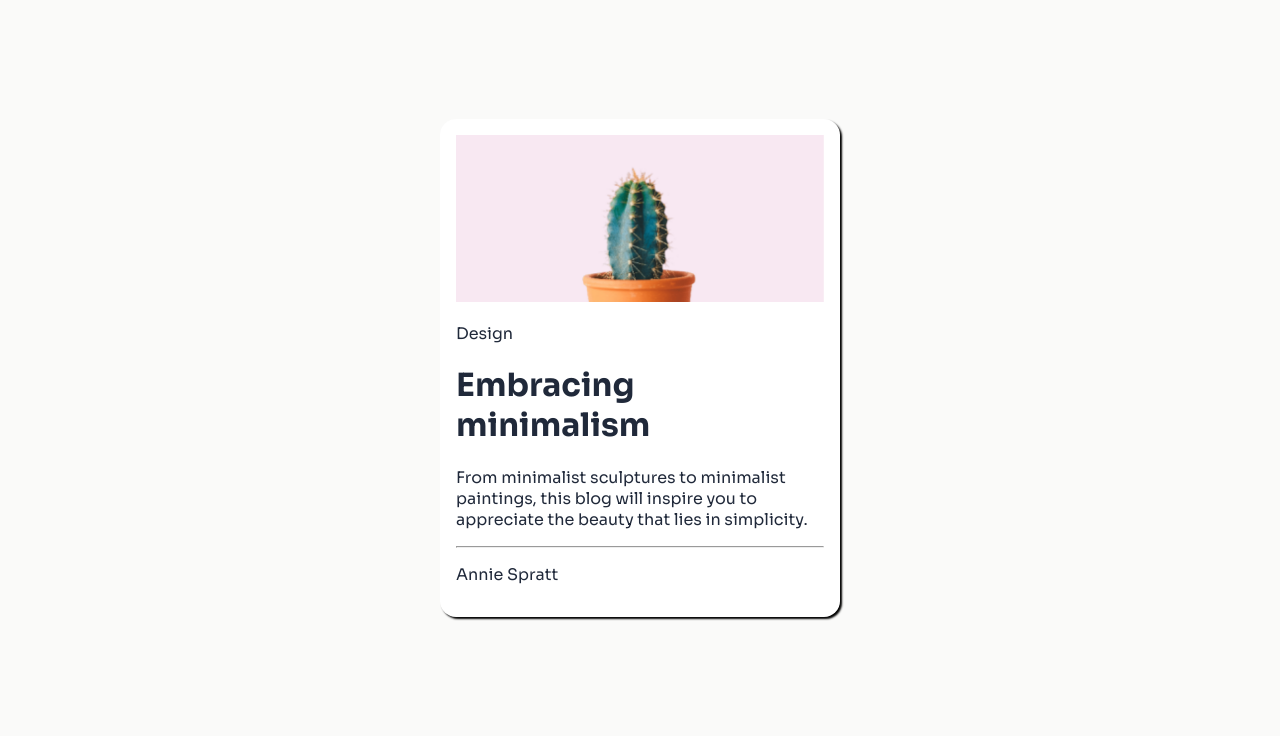
Repository: PCGP22/devChallengesio
Page: 01 - Minimal Blog Card/blogCard.html
The author's editor kept a copy of each file at every save. The page is drawn from the files as they stood at one save, then again after the next save.
The browser window is 1280 px wide. The pictures show the whole page.

Above is the page before, as saved 2024-01-01 19:53:19.

### 01 - Minimal Blog Card/blogCard.html
<!DOCTYPE html>
<html lang="en">
<head>
    <link rel="stylesheet" type="text/css" href="styles.css">
    <meta charset="UTF-8">
    <meta name="viewport" content="width=device-width, initial-scale=1.0">
    <title>Document</title>
</head>
<body>
    <div class="card">
        <img src="./cactus_img.jpg" alt="cactus image">
        <p>Design</p>
        <h1>Embracing minimalism</h1>
        <p>From minimalist sculptures to minimalist paintings, this blog will inspire you to appreciate the beauty that lies in simplicity.</p>
        <hr/>
        <p>Annie Spratt</p>
    </div>
</body>
</html>

### 01 - Minimal Blog Card/styles.css
@import url('https://fonts.googleapis.com/css2?family=Prata&family=Sora:wght@400;500;600;700&display=swap');

:root{
    --purple_text: #883AE1;
    --purple_background: #E6D6FC;
    --line: #E5EAF0;
    --body_background: #FAFAF9;
    --card_background: #FFFFFF;
    --text_title: #20293A;
    --text_body: #6C727F;

    --card_width: 368px;


    font-family: 'Sora', sans-serif;;
    color: var(--text_title);
}

body{
    background-color: var(--body_background);
    display: grid;
    place-content: center;
    min-height: 100svh;
}

.card{
    background-color: var(--card_background);
    padding: 16px;
    max-width: var(--card_width);
    border-radius: 16px;
    box-shadow: black 2px 2px 2px;
}

.card img{
    width: 100%;
}

After the next save:
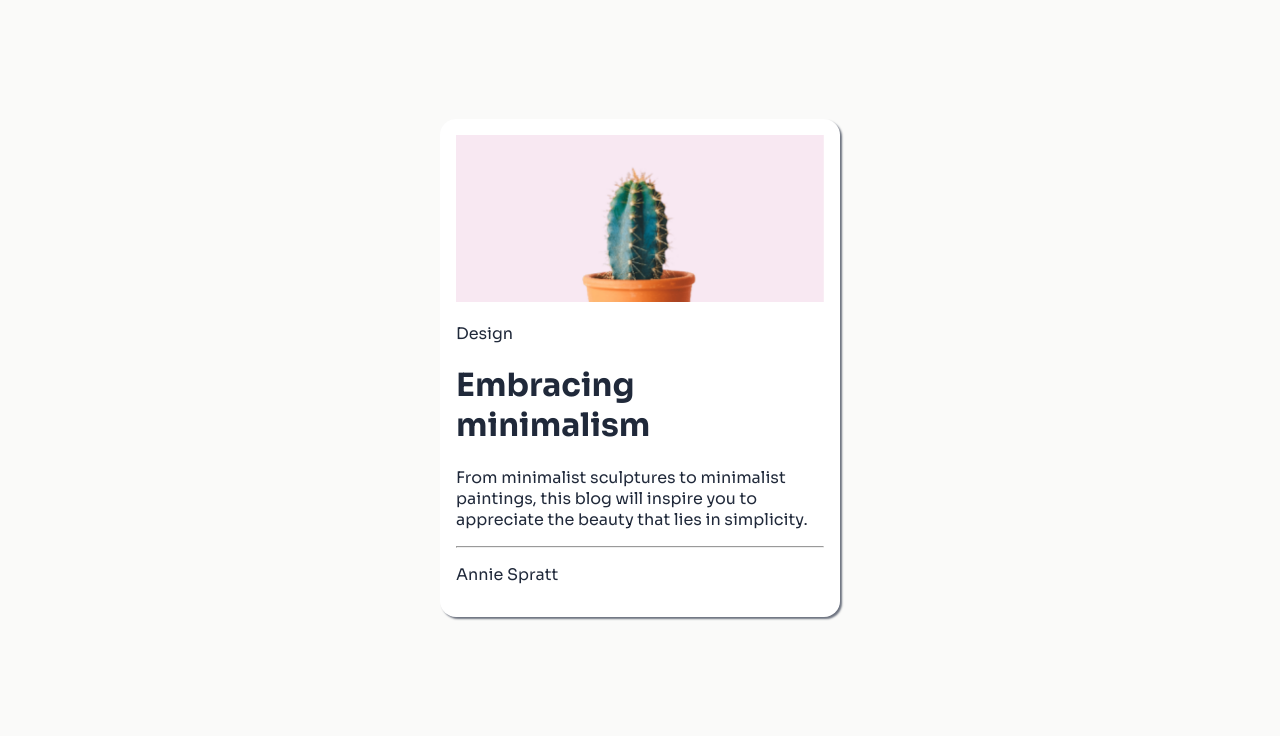
Saved 15 s later.
--- a/01 - Minimal Blog Card/styles.css
+++ b/01 - Minimal Blog Card/styles.css
@@ -28,7 +28,7 @@ body{
     padding: 16px;
     max-width: var(--card_width);
     border-radius: 16px;
-    box-shadow: black 2px 2px 2px;
+    box-shadow: var(--text_body) 2px 2px 2px;
 }
 
 .card img{
